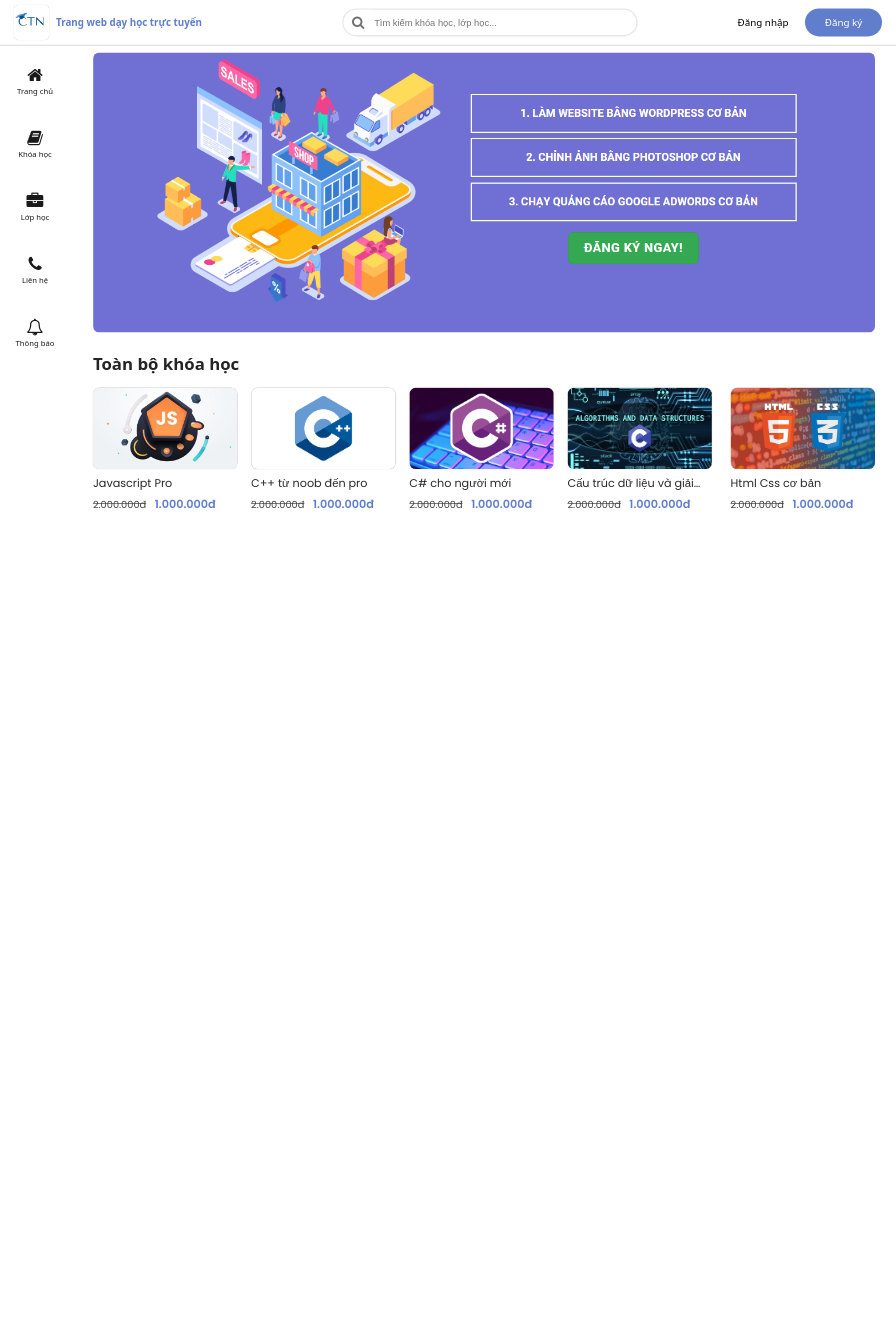
Repository: Nieday306/shophoaqua
Page: index.html
These files come from the project's save history. The page is drawn as it stood at one moment and after the next save; the edit follows.
The browser window is 1280 px wide. The pictures show the part of the page from y = 0 to 1920 px (the page is 5575 px tall), at 70% of full size.

Above is the page before, as saved 2024-04-07 16:50:34.

After the next save:
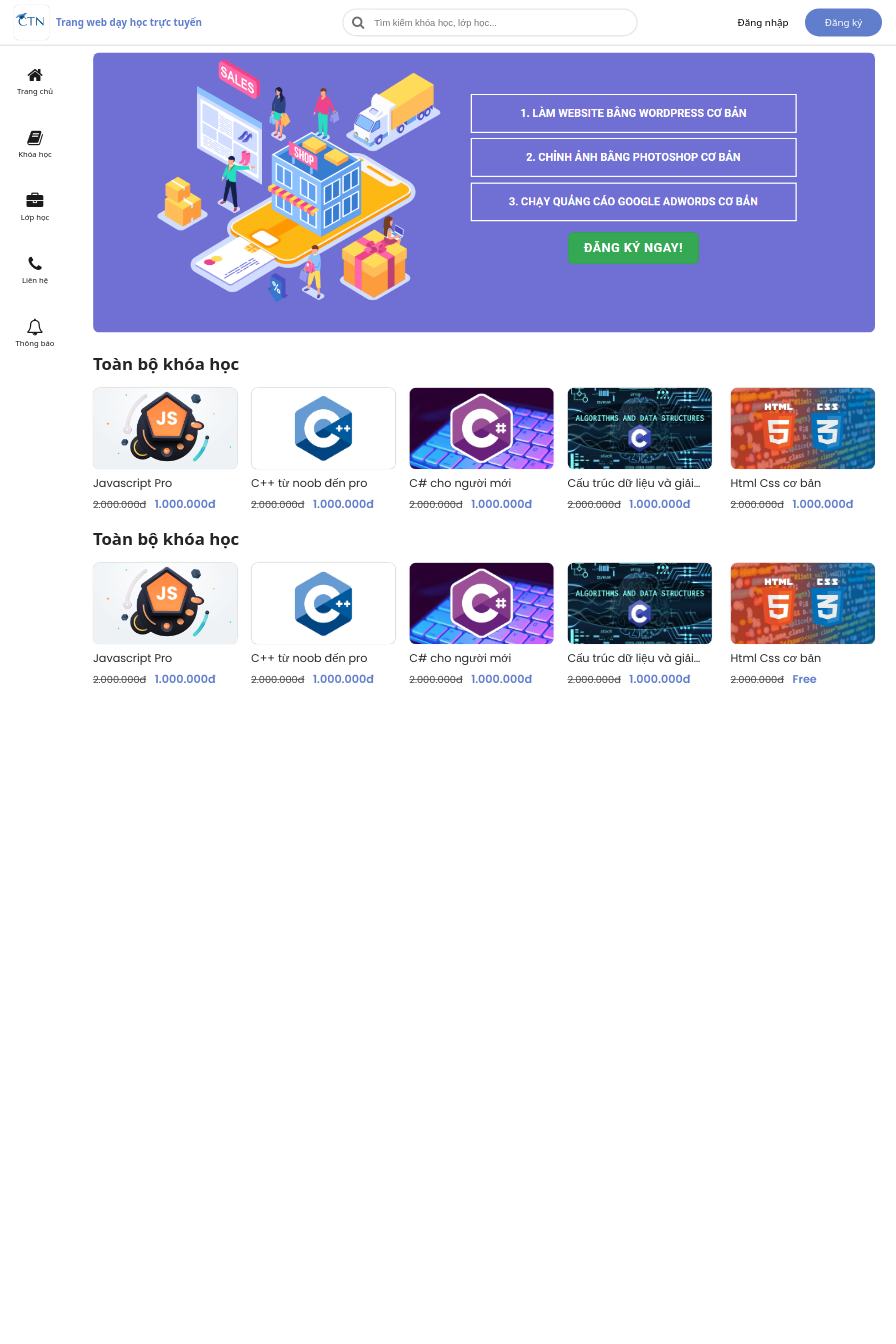
Saved 89 s later.
--- a/index.html
+++ b/index.html
@@ -253,6 +253,91 @@
               </div>
             </div>
           </div>
+          <!-- course free -->
+          <div class="content__course">
+            <div class="container">
+              <h2 class="course-title">Toàn bộ khóa học</h2>
+              <div class="list__course">
+                <!-- item 1 -->
+                <div class="course__item">
+                  <a href="#!" class="course__item-link">
+                    <img
+                      src="./assets/img/course-js.jpg"
+                      alt=""
+                      class="course-thumnail"
+                    />
+                    <span class="course-desc">Javascript Pro</span>
+                    <span class="price">
+                      <span class="pre-price">2.000.000đ</span>
+                      <span class="price-final">1.000.000đ</span>
+                    </span>
+                  </a>
+                </div>
+                <!-- item 2 -->
+                <div class="course__item">
+                  <a href="#!" class="course__item-link">
+                    <img
+                      src="./assets/img/course-c.png"
+                      alt=""
+                      class="course-thumnail"
+                    />
+                    <span class="course-desc">C++ từ noob đến pro</span>
+                    <span class="price">
+                      <span class="pre-price">2.000.000đ</span>
+                      <span class="price-final">1.000.000đ</span>
+                    </span>
+                  </a>
+                </div>
+                <!-- item 3 -->
+                <div class="course__item">
+                  <a href="#!" class="course__item-link">
+                    <img
+                      src="./assets/img/course-Csharp.png"
+                      alt=""
+                      class="course-thumnail"
+                    />
+                    <span class="course-desc">C# cho người mới</span>
+                    <span class="price">
+                      <span class="pre-price">2.000.000đ</span>
+                      <span class="price-final">1.000.000đ</span>
+                    </span>
+                  </a>
+                </div>
+                <!-- item 4 -->
+                <div class="course__item">
+                  <a href="#!" class="course__item-link">
+                    <img
+                      src="./assets/img/course-ctdlvgt.jpg"
+                      alt=""
+                      class="course-thumnail"
+                    />
+                    <span class="course-desc"
+                      >Cấu trúc dữ liệu và giải thuật</span
+                    >
+                    <span class="price">
+                      <span class="pre-price">2.000.000đ</span>
+                      <span class="price-final">1.000.000đ</span>
+                    </span>
+                  </a>
+                </div>
+                <!-- item 5 -->
+                <div class="course__item">
+                  <a href="#!" class="course__item-link">
+                    <img
+                      src="./assets/img/course-html_css.jpg"
+                      alt=""
+                      class="course-thumnail"
+                    />
+                    <span class="course-desc">Html Css cơ bản</span>
+                    <span class="price">
+                      <span class="pre-price">2.000.000đ</span>
+                      <span class="price-final">Free</span>
+                    </span>
+                  </a>
+                </div>
+              </div>
+            </div>
+          </div>
         </div>
       </div>
     </main>
